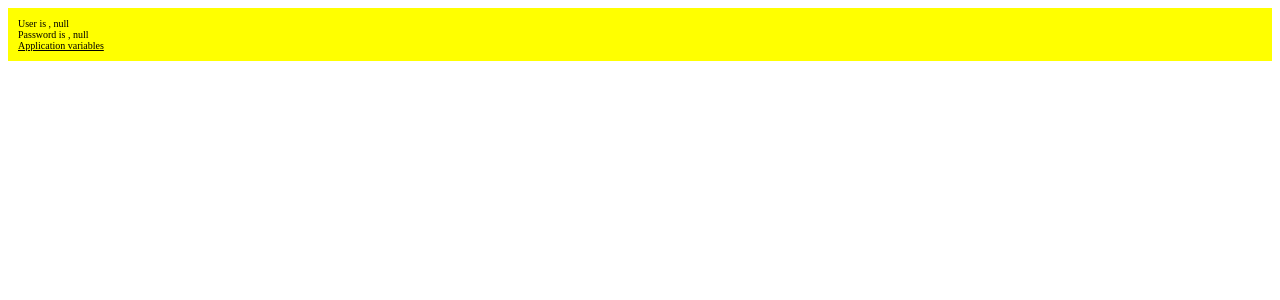
Repository: neethujk/Spring-Java-Training
Page: http://localhost/WebOld2/result.jsp
An editor plug-in stored every save of this project. The page is shown before and after the next save, followed by the edit.
The browser window is 1280 px wide. The pictures show the whole page.
The page is served by Tomcat 9. Other server files are loaded and not shown.

Above is the page before, as saved 2020-02-13 08:13:38.

### WebOld2/WebContent/result.jsp
<%@ page language="java" contentType="text/html; charset=ISO-8859-1"
    pageEncoding="ISO-8859-1"%>
<!DOCTYPE html>
<html>
<head>
<meta charset="ISO-8859-1">
<title>Insert title here</title>
</head>
<body>
<%
String user= (String)session.getAttribute("user");
String password=(String)session.getAttribute("pass");

String user1= (String)application.getAttribute("user");
String password1=(String)application.getAttribute("pass");
%>
<div style=" padding:10px;
background-color:yellow;color blue;font-size:10px;">
User is , <%=user %><br>
Password is , <%=password%> <br>
<u>Application variables</u><br>

</div>
</body>
</html>

After the next save:
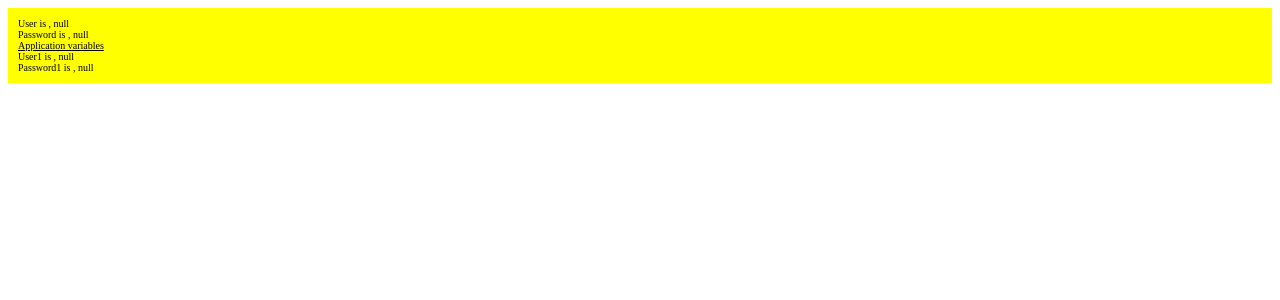
Saved 28 s later.
--- a/WebOld2/WebContent/result.jsp
+++ b/WebOld2/WebContent/result.jsp
@@ -19,6 +19,8 @@
 User is , <%=user %><br>
 Password is , <%=password%> <br>
 <u>Application variables</u><br>
+User1 is , <%=user1 %><br>
+Password1 is , <%=password1%> <br>
 
 </div>
 </body>
